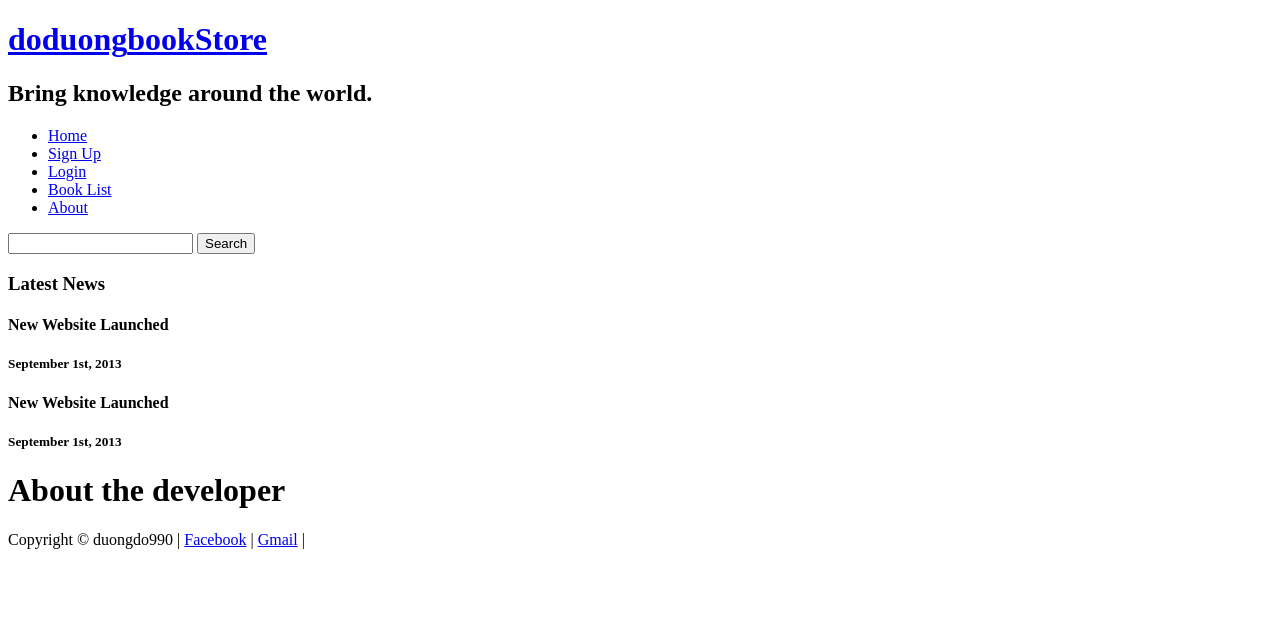
Repository: ngttuyen/JavaWeb
Page: http://localhost/MyWebsite/about
An editor plug-in stored every save of this project. The page is shown before and after the next save, followed by the edit.
The browser window is 1280 px wide. The pictures show the whole page.
The page is served by Tomcat 9. Other server files are loaded and not shown.

Above is the page before, as saved 2019-06-02 15:05:02.

### MyWebsite/WebContent/about.jsp
<%@page contentType="text/html" pageEncoding="utf-8"%>
<%@ include file="includes/head.jsp"%>
<body>
	<div id="main">
		<div id="header">
			<div id="logo">
				<div id="logo_text">
					<!-- class="logo_colour", allows you to change the colour of the text -->
					<h1>
						<a href="index.jsp">doduong<span class="logo_colour">bookStore</span></a>
					</h1>
					<h2>Bring knowledge around the world.</h2>
				</div>
			</div>
			<div id="menubar">
				<ul id="menu">
					<!-- put class="selected" in the li tag for the selected page - to highlight which page you're on -->
					<li><a href="home">Home</a></li>
					<li><a href="signup">Sign Up</a></li>
					<li><a href="login">Login</a></li>
					<li><a href="book">Book List</a></li>
					<li class="selected"><a href="about">About</a></li>
				</ul>
				<form method="get" action="" id="searchForm">
					<input type="text" name="search" id="search-input" class="styled-input">
					<button class="button">Search</button>
				</form>
			</div>
		</div>
		<div id="site_content">
			<%@ include file="/includes/sidebar.jsp"%>
			<div id="content">
			<!-- -------------------------your code here---------------------- --->
			<h1>About the developer</h1>








			<!-- -------------------------your code here---------------------- --->
			</div>
		</div>
		<div id="footer">
			<!---footer here --->
			<%@ include file="/includes/footer.jsp"%>
		</div>
	</div>
</body>
</html>

### MyWebsite/WebContent/includes/sidebar.jsp
<%@page contentType="text/html" pageEncoding="utf-8"%>
<%@page import="controller.ProcessLogin"%>
<div class="sidebar">
	<!-- insert your sidebar items here -->
	<h3>Latest News</h3>
	<h4>New Website Launched</h4>
	<h5>September 1st, 2013</h5>
	<p></p>
	<h4>New Website Launched</h4>
	<h5>September 1st, 2013</h5>
</div>

### MyWebsite/WebContent/includes/footer.jsp
<%@page contentType="text/html" pageEncoding="utf-8"%>
<div id="footer">
	Copyright &copy; duongdo990 | <a
		href="#">Facebook</a> | <a
		href="#">Gmail</a> |
</div>
</div>

### MyWebsite/WebContent/includes/head.jsp
<%@page contentType="text/html" pageEncoding="utf-8" %>
<!doctype html>
<html>

<head>
  <title>doduong's BookStore</title>
  <meta name="description" content="website description" />
  <meta name="keywords" content="website keywords, website keywords" />
  <meta http-equiv="content-type" content="text/html; charset=windows-1252" />
  <link rel="stylesheet"href="styles/style.css" title="style">
</head>

Loaded but not shown: MyWebsite/MyWebsite/styles/style.css (no stored copy; drawn as an empty file)

After the next save:
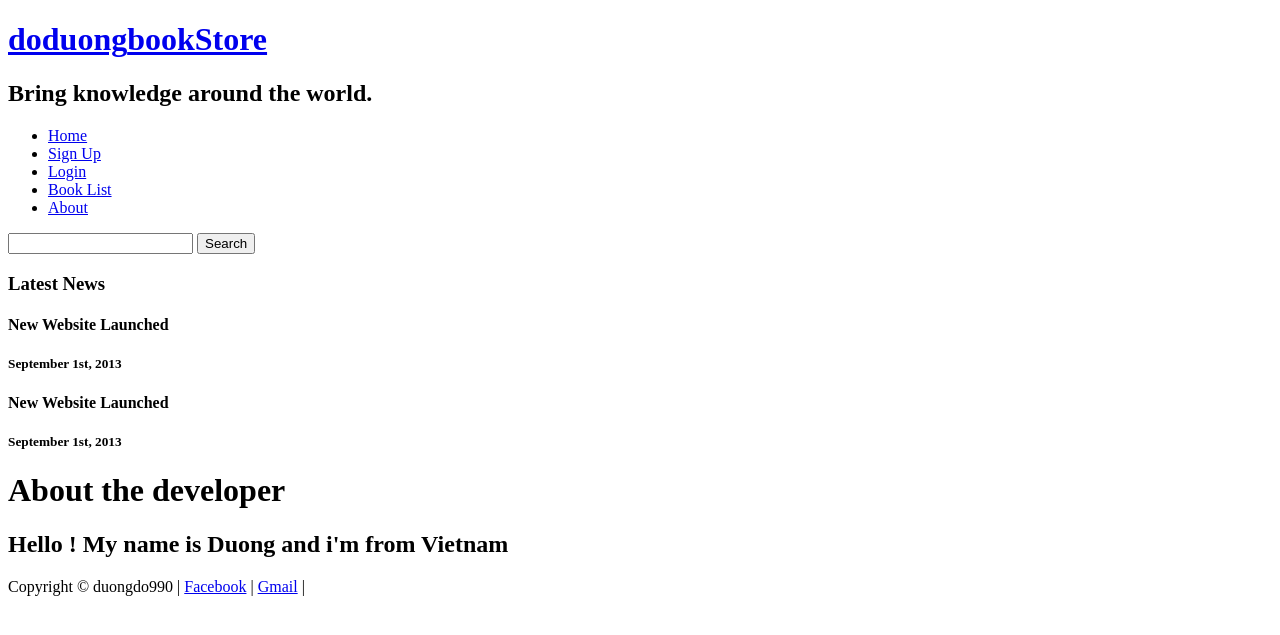
Saved 20 s later.
--- a/MyWebsite/WebContent/about.jsp
+++ b/MyWebsite/WebContent/about.jsp
@@ -32,6 +32,7 @@
 			<div id="content">
 			<!-- -------------------------your code here---------------------- --->
 			<h1>About the developer</h1>
+			<h2>Hello ! My name is Duong and i'm from Vietnam</h2>
 
 
 
